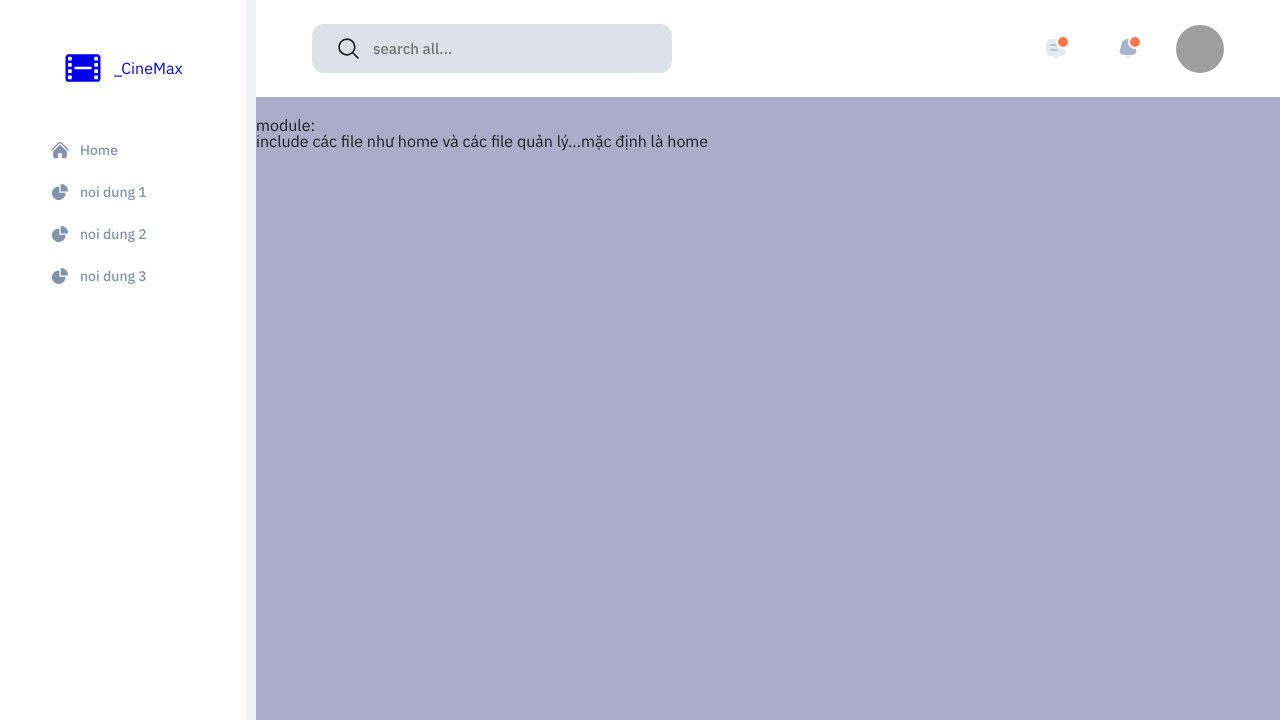
Repository: tdthinhtran961/DoAnCineMax
Page: http://localhost/admin/index.php?act=movies
The author's editor kept a copy of each file at every save. The page is drawn from the files as they stood at one save, then again after the next save.
The browser window is 1280 px wide. The pictures show the whole page.
Pictures or frames that could not be fetched are drawn as grey boxes. The page is run by PHP 8.4 with error messages shown; the project is at /var/www/html/.

Above is the page before, as saved 2023-05-25 23:49:53.

After the next save:
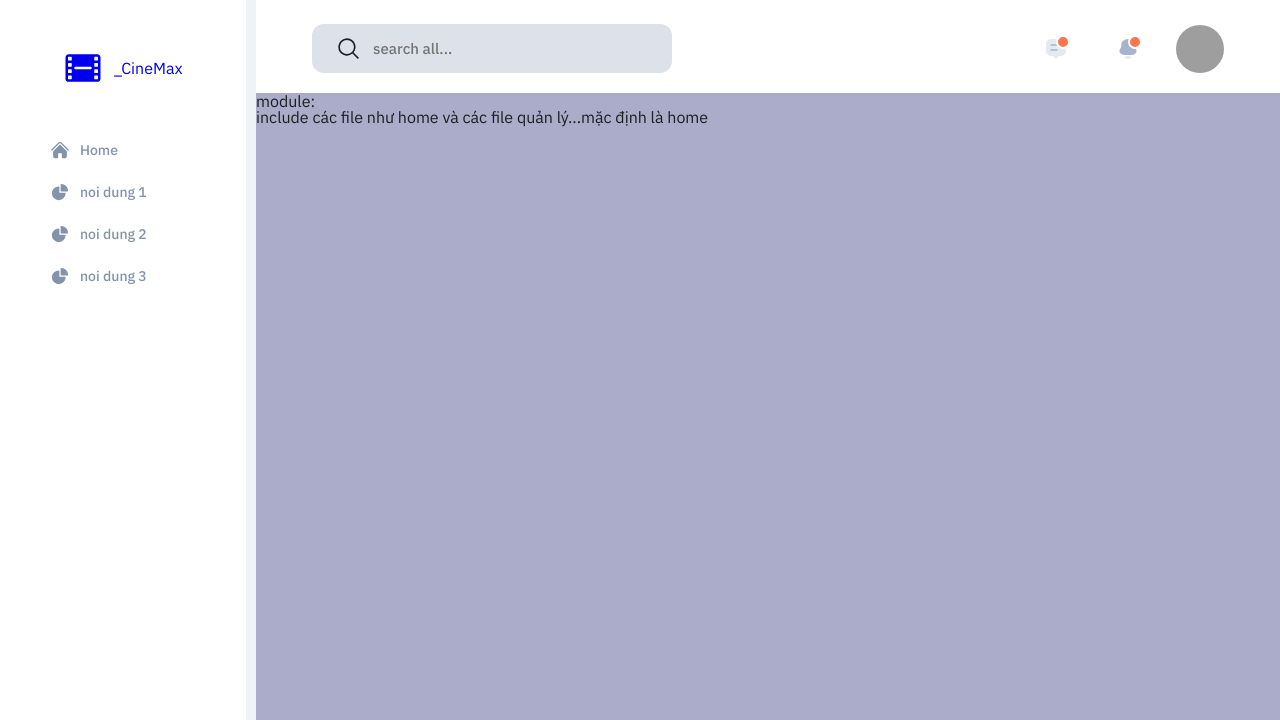
Saved 40 s later.
--- a/admin/index.css
+++ b/admin/index.css
@@ -106,7 +106,7 @@ body {
   display:flex;
   justify-content: space-between;
   align-items: center;
-  margin-bottom: 20px;
+  padding-bottom: 20px;
 }
 .search {
   padding: 12px 24px;
